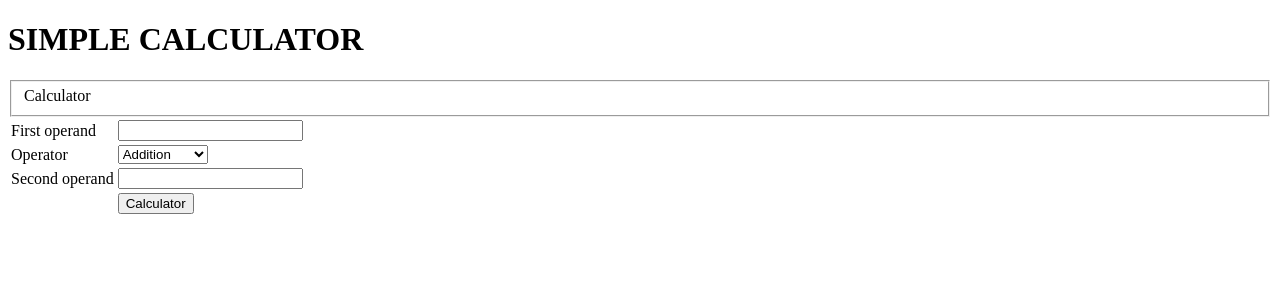
Repository: NGUYEN112/Module2
Page: http://localhost/
An editor plug-in stored every save of this project. The page is shown before and after the next save, followed by the edit.
The browser window is 1280 px wide. The pictures show the whole page.
The page is run by PHP 8.4 with error messages shown; the project is at /var/www/html/.

Above is the page before, as saved 2021-01-18 11:50:37.

### bai8-calculator/index.php
<!DOCTYPE html>
<html lang="en">

<head>
    <meta charset="UTF-8">
    <meta name="viewport" content="width=device-width, initial-scale=1.0">
    <title>Document</title>
</head>

<body>
    <h1>SIMPLE CALCULATOR</h1>
    <form method="post">
        <fieldset>Calculator</fieldset>
        <table>
            <div>
                <tr>
                    <td>First operand</td>
                    <td><input type="number" name="operand"></td>
                </tr>
                <tr>
                    <td>Operator</td>
                    <td><select>
                            <option value="addition">Addition</option>
                            <option value="subtraction">Subtraction</option>
                            <option value="multive">Multive</option>
                            <option value="dimession">Dimession</option>
                        </select></td>
                </tr>
                <tr>
                    <td>Second operand</td>
                    <td><input type="number" name="operand"></td>
                </tr>
                <tr>
                    <td></td>
                    <td><input type="submit" value="Calculator"></td>
                </tr>
            </div>
        </table>
    </form>
</body>

</html>

After the next save:
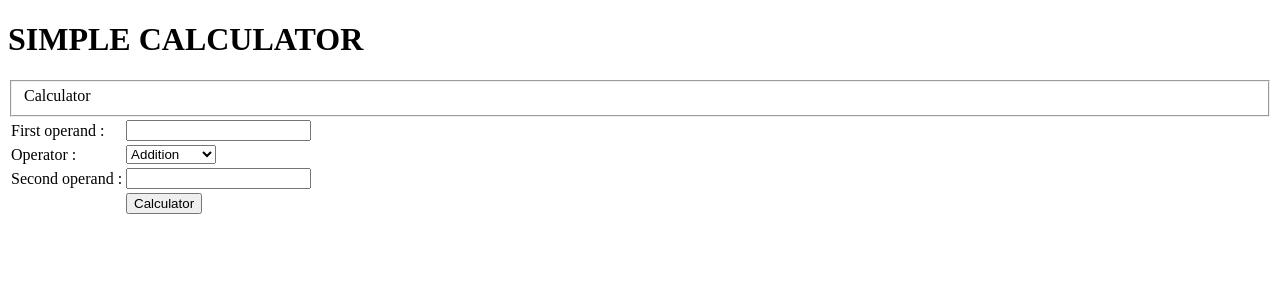
Saved 29 s later.
--- a/bai8-calculator/index.php
+++ b/bai8-calculator/index.php
@@ -14,11 +14,11 @@
         <table>
             <div>
                 <tr>
-                    <td>First operand</td>
+                    <td>First operand :</td>
                     <td><input type="number" name="operand"></td>
                 </tr>
                 <tr>
-                    <td>Operator</td>
+                    <td>Operator :</td>
                     <td><select>
                             <option value="addition">Addition</option>
                             <option value="subtraction">Subtraction</option>
@@ -27,7 +27,7 @@
                         </select></td>
                 </tr>
                 <tr>
-                    <td>Second operand</td>
+                    <td>Second operand :</td>
                     <td><input type="number" name="operand"></td>
                 </tr>
                 <tr>
